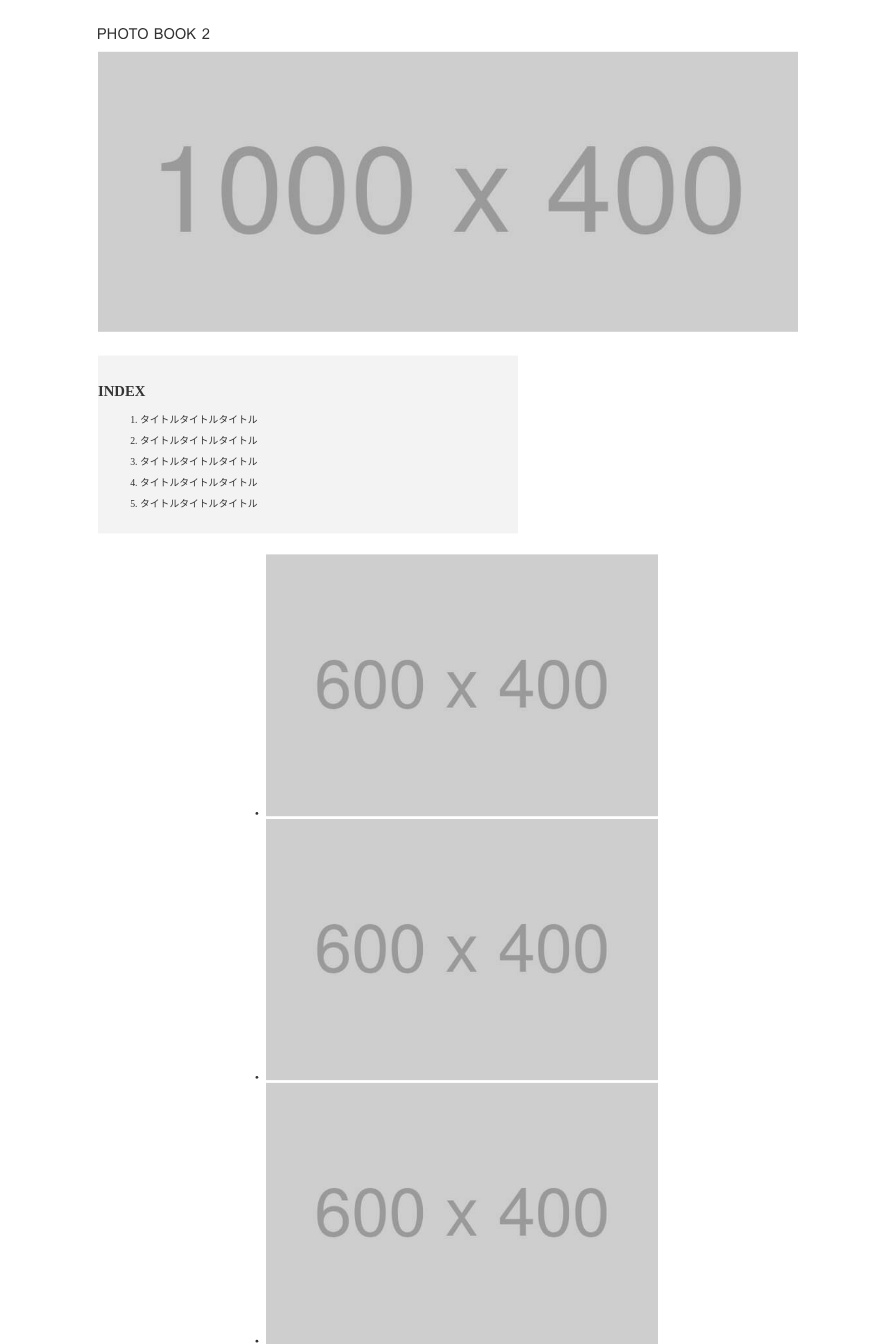
Repository: Fuki-san/photo-book-2
Page: http://localhost/photobook
An editor plug-in stored every save of this project. The page is shown before and after a run of saves, followed by the edit.
The browser window is 1280 px wide. The pictures show the part of the page from y = 0 to 1920 px (the page is 2627 px tall before and 2629 px after), at 70% of full size.
The page is served by the project's Laravel application, run on PHP 8.4 with Laravel 10.

Above is the page before, as saved 2023-11-30 11:50:54.

After the next 4 saves:
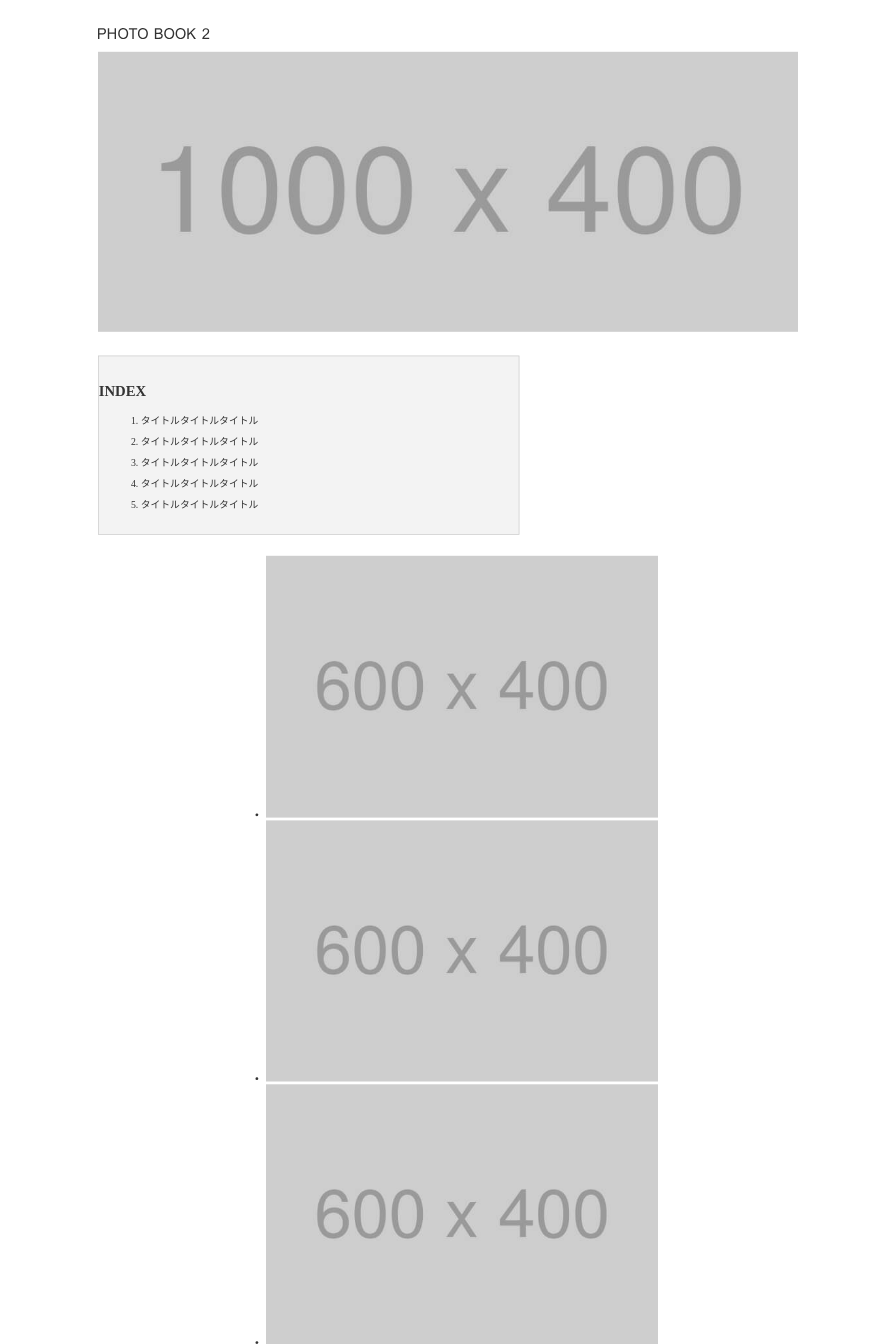
The 4 saves are shown as one change because they came seconds apart.
The last was saved 22 s later.
--- a/public/css/style.css
+++ b/public/css/style.css
@@ -35,6 +35,7 @@
     background-color: #f3f3f3;
     padding: 20px 0;
     margin: 30px 0;
+    border: solid 1px #ccc;
 }
 
 #index .index-list{
